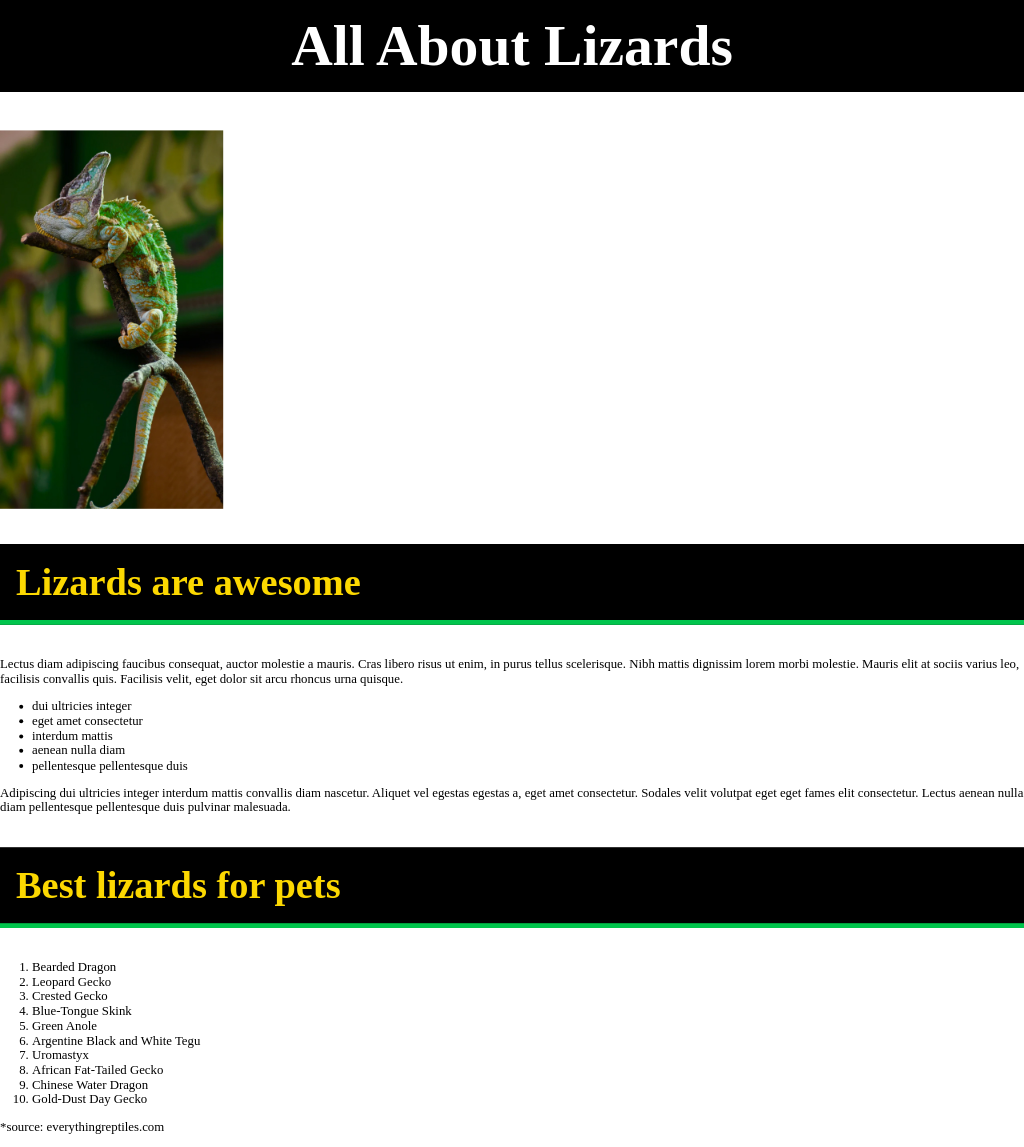
Repository: Doumham-Armah/lizards-landing--page
Page: index.html
The author's editor kept a copy of each file at every save. The page is drawn from the files as they stood at one save, then again after the next save.
The browser window is 1280 px wide. The pictures show the whole page, at 80% of full size.

Above is the page before, as saved 2021-08-10 14:01:46.

### index.html
<!DOCTYPE html>
<html>
  <head>
    <link
      rel="stylesheet"
      href="https://cdnjs.cloudflare.com/ajax/libs/normalize/8.0.1/normalize.css"
    />
    <title>All about lizards</title>
    <link href="css/style.css" rel="stylesheet" />
  </head>
  <body>
    <header>
      <h1>All About Lizards</h1>
    </header>

    <main>
      <section class="main-content">
        <img src="images/chameleon.jpg" alt="a chameleon climbing a branch" />

        <h2 class="subheading">Lizards are awesome</h2>
        <p>
          Lectus diam adipiscing faucibus consequat, auctor molestie a mauris.
          Cras libero risus ut enim, in purus tellus scelerisque. Nibh mattis
          dignissim lorem morbi molestie. Mauris elit at sociis varius leo,
          facilisis convallis quis. Facilisis velit, eget dolor sit arcu rhoncus
          urna quisque.
        </p>

        <!-- insert the unordered list here -->
        <ul>
          <li>dui ultricies integer</li>
          <li>eget amet consectetur</li>
          <li>interdum mattis</li>
          <li>aenean nulla diam</li>
          <li>pellentesque pellentesque duis</li>
        </ul>

        <p>
          Adipiscing dui ultricies integer interdum mattis convallis diam
          nascetur. Aliquet vel egestas egestas a, eget amet consectetur.
          Sodales velit volutpat eget eget fames elit consectetur. Lectus aenean
          nulla diam pellentesque pellentesque duis pulvinar malesuada.
        </p>
      </section>

      <aside class="sidebar">
        <h2 class="subheading">Best lizards for pets</h2>
        <!-- insert the ordered list here -->
        <ol>
          <li>Bearded Dragon</li>
          <li>Leopard Gecko</li>
          <li>Crested Gecko</li>
          <li>Blue-Tongue Skink</li>
          <li>Green Anole</li>
          <li>Argentine Black and White Tegu</li>
          <li>Uromastyx</li>
          <li>African Fat-Tailed Gecko</li>
          <li>Chinese Water Dragon</li>
          <li>Gold-Dust Day Gecko</li>
        </ol>
        <p>*source: everythingreptiles.com</p>
      </aside>
    </main>
  </body>
</html>

### css/style.css
body {
  margin: 0;
}

h1 {
  background-color: black;
  color: white;
  text-align: center;
  padding: 1rem 0rem;
  margin-top: 0;
  font-size: 4.5rem;
}

.subheading {
  background-color: black;
  color: #fcd801;
  font-size: 3rem;
  padding: 1.25rem;
  border-bottom: 0.4rem #00c54c solid;
}

After the next save:
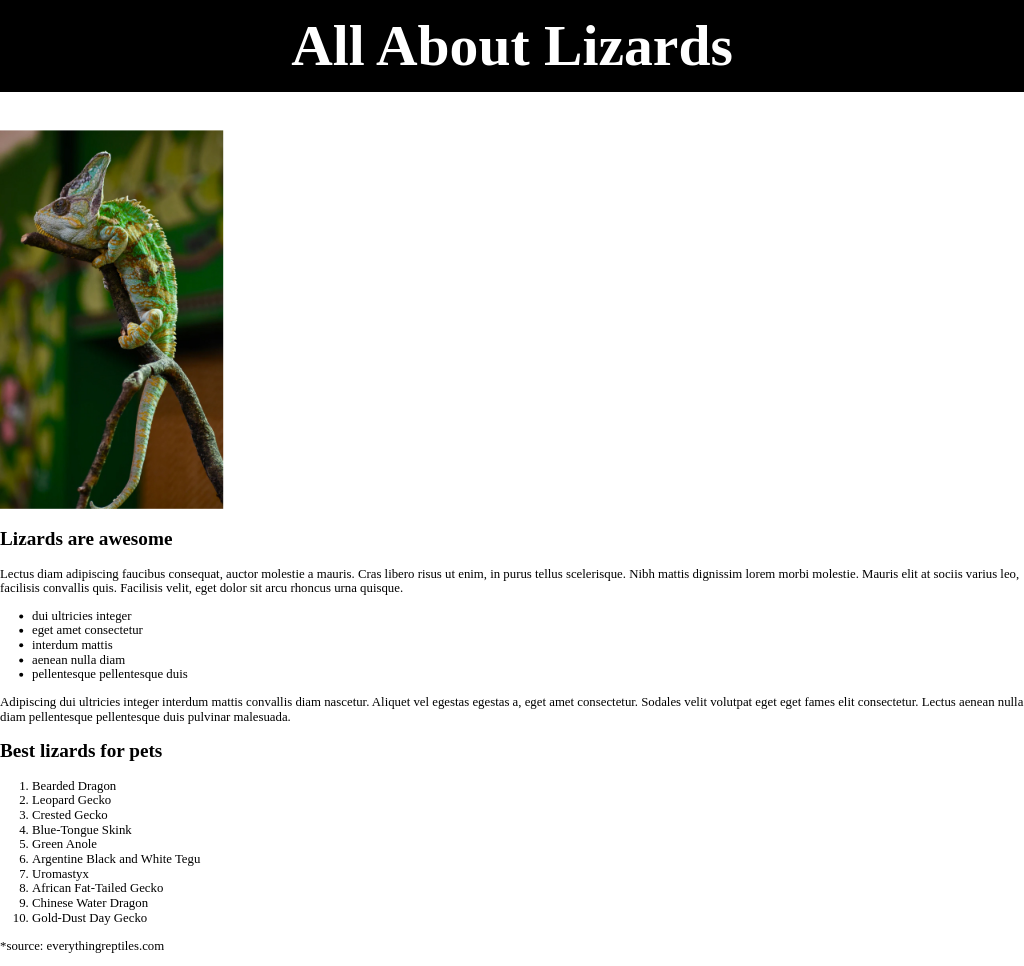
Saved 95 s later.
--- a/css/style.css
+++ b/css/style.css
@@ -11,7 +11,7 @@ h1 {
   font-size: 4.5rem;
 }
 
-.subheading {
+.subhead {
   background-color: black;
   color: #fcd801;
   font-size: 3rem;

After the save that followed:
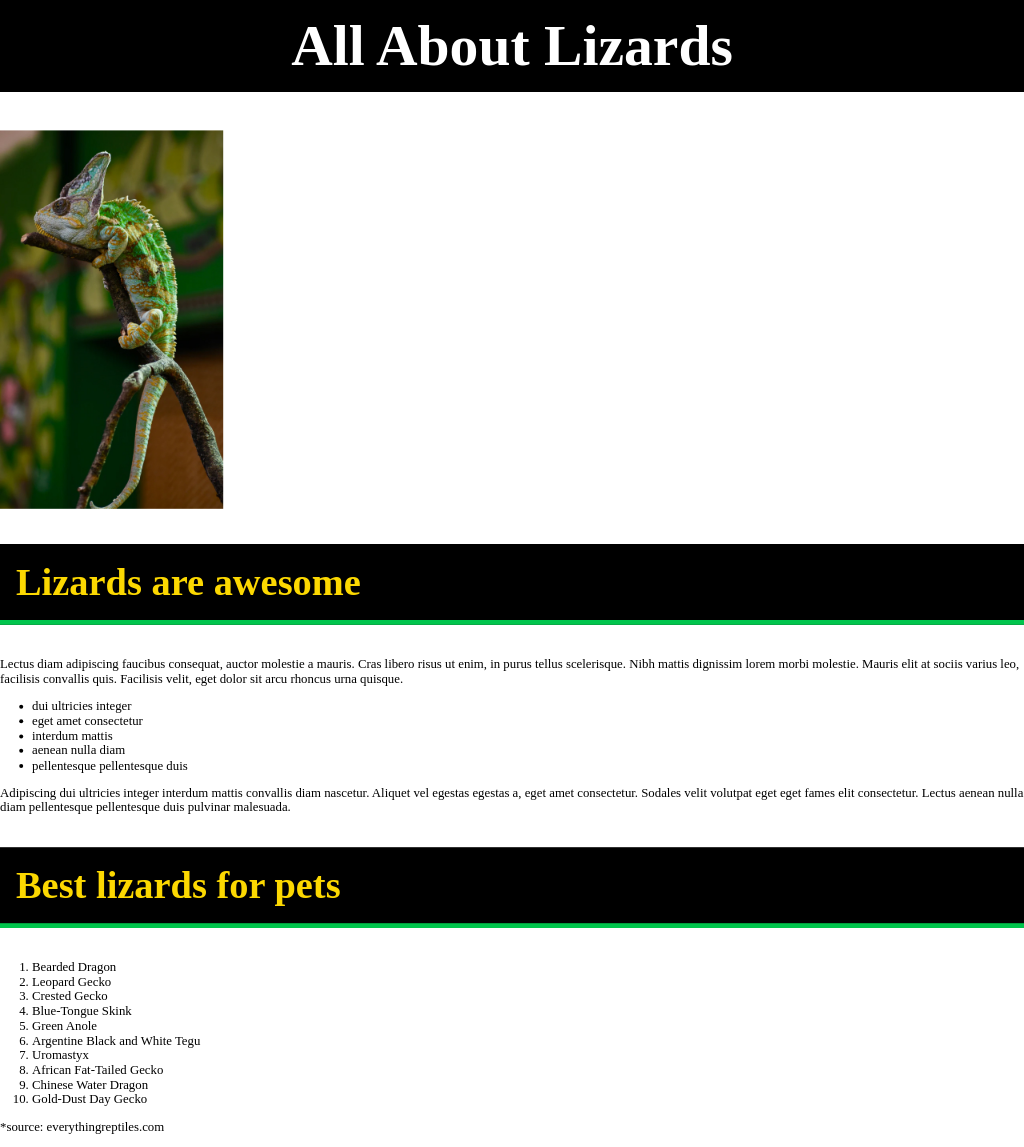
Saved 7 s later.
--- a/index.html
+++ b/index.html
@@ -17,7 +17,7 @@
       <section class="main-content">
         <img src="images/chameleon.jpg" alt="a chameleon climbing a branch" />
 
-        <h2 class="subheading">Lizards are awesome</h2>
+        <h2 class="subhead">Lizards are awesome</h2>
         <p>
           Lectus diam adipiscing faucibus consequat, auctor molestie a mauris.
           Cras libero risus ut enim, in purus tellus scelerisque. Nibh mattis
@@ -44,7 +44,7 @@
       </section>
 
       <aside class="sidebar">
-        <h2 class="subheading">Best lizards for pets</h2>
+        <h2 class="subhead">Best lizards for pets</h2>
         <!-- insert the ordered list here -->
         <ol>
           <li>Bearded Dragon</li>
